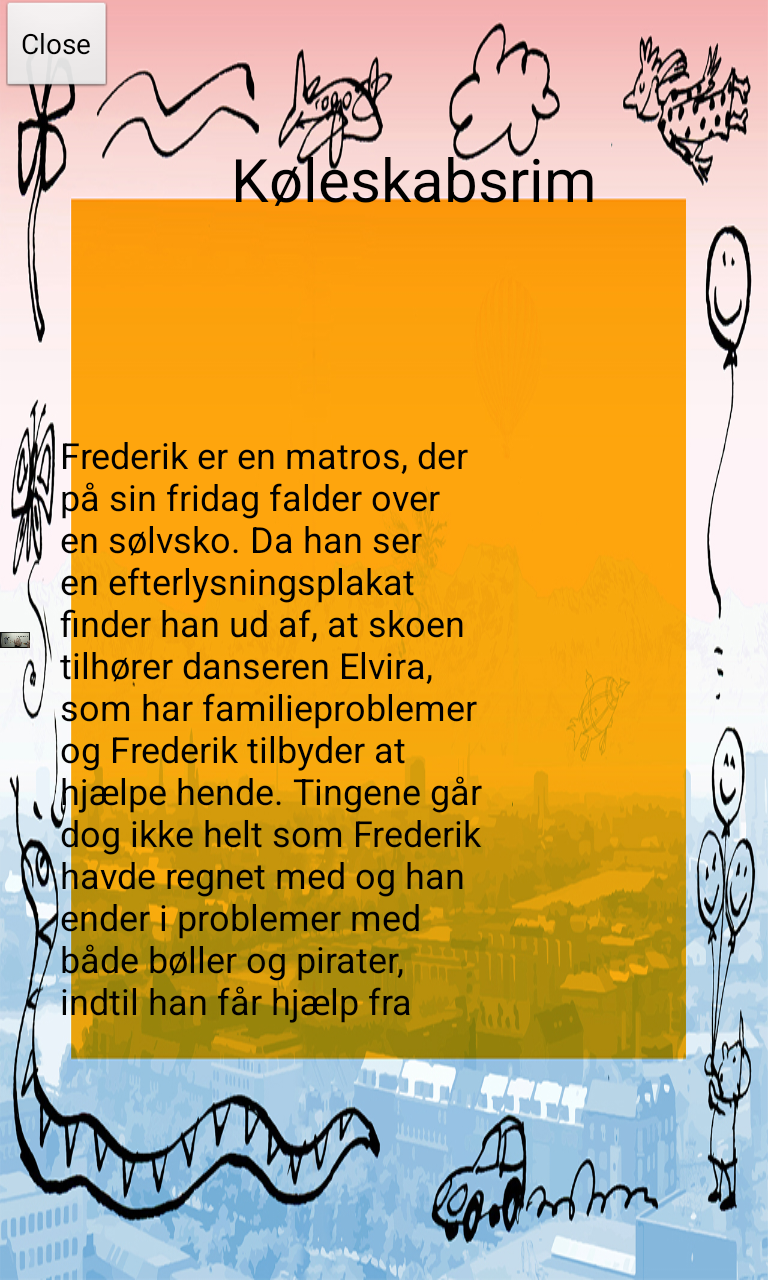
Repository: DreadMuffin/work
Layout: tablets/MovieListHis/res/layout/popup4.xml
These files come from the project's save history. The layout is drawn as it stood at one moment and after the next save; the edit follows.
It is drawn on a 768 x 1280 px phone screen (xhdpi) without system bars, with theme android:Theme.NoTitleBar; the app's code is not run.

Above is the layout before, as saved 2015-02-26 09:05:58.

### tablets/MovieListHis/res/layout/popup4.xml
<RelativeLayout xmlns:android="http://schemas.android.com/apk/res/android"
    xmlns:tools="http://schemas.android.com/tools"
    android:id="@+id/popup_element1"
    android:layout_width="match_parent"
    android:layout_height="match_parent"
    android:background="@drawable/popupwp"
    tools:context=".Historie" >

    <Button
        android:id="@+id/btn_close_popup"
        android:layout_width="wrap_content"
        android:layout_height="wrap_content"
        android:layout_gravity="center"
        android:text="Close" />

    <TextView
        android:id="@+id/textView1"
        android:layout_width="500dp"
        android:layout_height="75dp"
        android:layout_above="@+id/txt"
        android:layout_alignLeft="@+id/txt"
        android:layout_marginBottom="88dp"
        android:gravity="center"
        android:text="Køleskabsrim"
        android:textColor="#000000"
        android:textSize="30sp" />

    <TextView
        android:id="@+id/txt"
        android:layout_width="500dp"
        android:layout_height="300dp"
        android:layout_alignParentBottom="true"
        android:layout_alignParentRight="true"
        android:layout_marginBottom="125dp"
        android:layout_marginLeft="30dp"
        android:layout_marginRight="143dp"
        android:text="Frederik er en matros, der på sin fridag falder over en sølvsko. Da han ser en efterlysningsplakat finder han ud af, at skoen tilhører danseren Elvira, som har familieproblemer og Frederik tilbyder at hjælpe hende. Tingene går dog ikke helt som Frederik havde regnet med og han ender i problemer med både bøller og pirater, indtil han får hjælp fra en ganske uventet kant.
Historien om Frederik og Elvira er en fortælling om venskab, mod, kærlighed, pirater og eventyr og tager dig med ind i en verden ikke så langt fra vores egen."
        android:textColor="#000000"
        android:textSize="18sp" />

    <ImageView
        android:layout_width="505dp"
        android:layout_height="505dp"
        android:layout_centerVertical="true"
        android:layout_marginRight="15dp"
        android:layout_toLeftOf="@+id/textView1"
        android:src="@drawable/a4" />

</RelativeLayout>

After the next save:
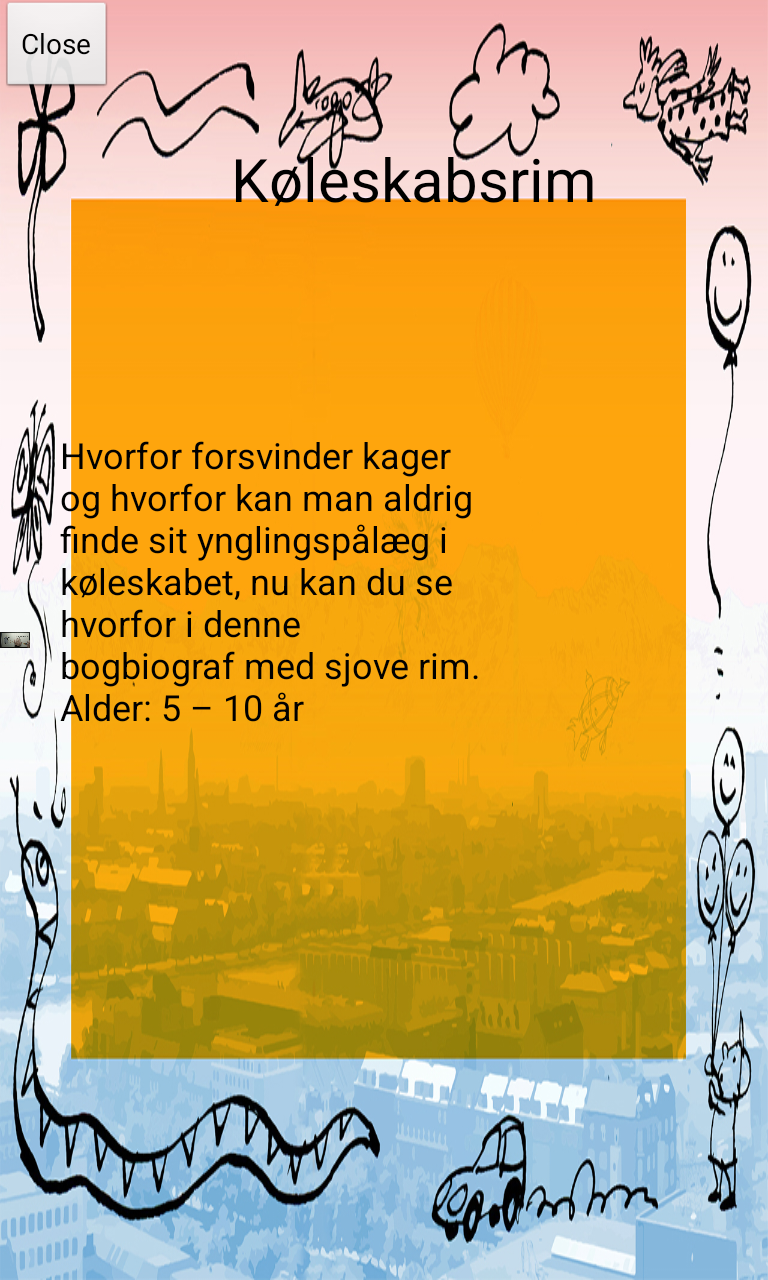
Saved 11 s later.
--- a/tablets/MovieListHis/res/layout/popup4.xml
+++ b/tablets/MovieListHis/res/layout/popup4.xml
@@ -34,8 +34,8 @@
         android:layout_marginBottom="125dp"
         android:layout_marginLeft="30dp"
         android:layout_marginRight="143dp"
-        android:text="Frederik er en matros, der på sin fridag falder over en sølvsko. Da han ser en efterlysningsplakat finder han ud af, at skoen tilhører danseren Elvira, som har familieproblemer og Frederik tilbyder at hjælpe hende. Tingene går dog ikke helt som Frederik havde regnet med og han ender i problemer med både bøller og pirater, indtil han får hjælp fra en ganske uventet kant.
-Historien om Frederik og Elvira er en fortælling om venskab, mod, kærlighed, pirater og eventyr og tager dig med ind i en verden ikke så langt fra vores egen."
+        android:text="Hvorfor forsvinder kager og hvorfor kan man aldrig finde sit ynglingspålæg i køleskabet, nu kan du se hvorfor i denne bogbiograf med sjove rim.
+Alder: 5 – 10 år		"
         android:textColor="#000000"
         android:textSize="18sp" />
 
